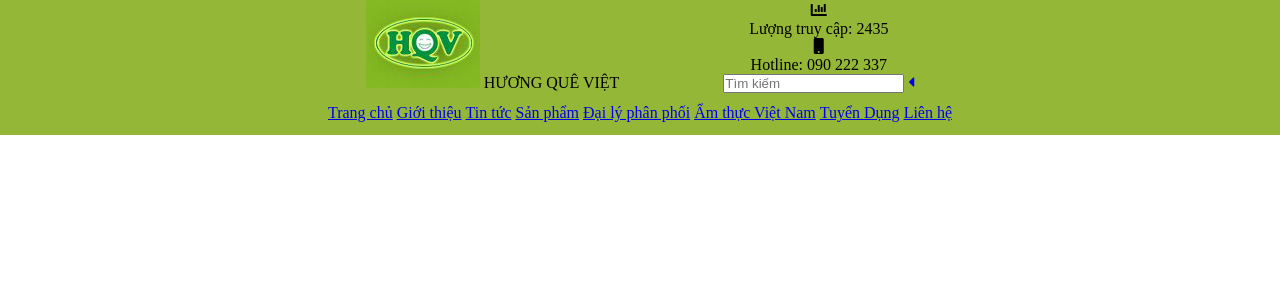
Repository: NgocTruong0701/Self_Learning
Page: html/practice/Baitapweb/index.html
These files come from the project's save history. The page is drawn as it stood at one moment and after a run of saves; the edit follows.
The browser window is 1280 px wide. The pictures show the whole page.

Above is the page before, as saved 2021-10-06 16:46:33.

After the next 3 saves:
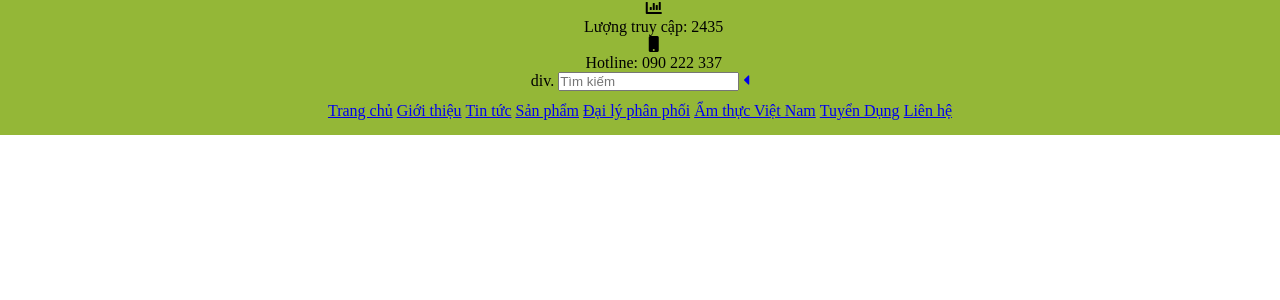
The 3 saves are shown as one change because they came seconds apart.
The last was saved 35 s later.
--- a/html/practice/Baitapweb/index.html
+++ b/html/practice/Baitapweb/index.html
@@ -12,14 +12,7 @@
         <!-- Begin Header -->
         <header>
             <!-- logo -->
-            <div class="logo">
-                <img src="./assets/pictures/logo/logo.jpg" alt="logo">
-            </div>
-
-            <!-- tiêu đề -->
-            <div class="header-heading">
-                hương quê việt
-            </div>
+           div.
 
             <!-- khối bên phải -->
             <div class="box-right">
